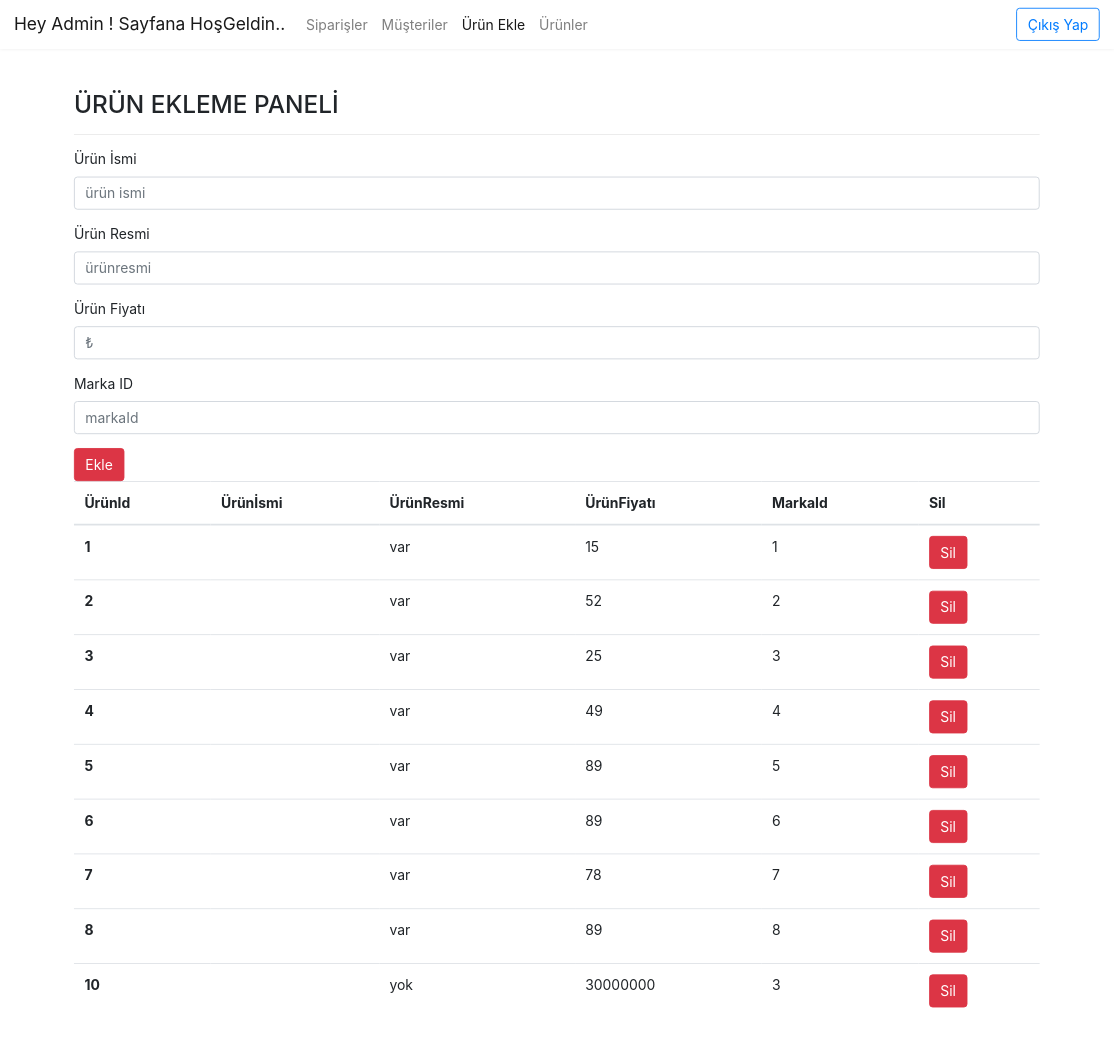
Repository: NergisAktug/E-Commerce-PythonWithFlask-Sqlite3
Page: http://localhost/urunEkle
These files come from the project's save history. The page is drawn as it stood at one moment and after the next save; the edit follows.
The browser window is 1280 px wide. The pictures show the whole page, at 87% of full size.
Some web libraries are served in a nearby version. The page is served by the project's application, run on Flask 3 (app.py). The page reads the database file committed with the project.

Above is the page before, as saved 2018-12-08 17:37:18.

### templates/urunEkle.html
<!doctype html>
<html lang="en">
  <head>
      <!-- Required meta tags -->
    <meta charset="utf-8">
    <meta name="viewport" content="width=device-width, initial-scale=1, shrink-to-fit=no">
    <link rel="stylesheet" href="https://use.fontawesome.com/releases/v5.5.0/css/all.css" integrity="sha384-B4dIYHKNBt8Bc12p+WXckhzcICo0wtJAoU8YZTY5qE0Id1GSseTk6S+L3BlXeVIU" crossorigin="anonymous">
    <!-- Bootstrap CSS -->
    <link rel="stylesheet" href="https://stackpath.bootstrapcdn.com/bootstrap/4.1.3/css/bootstrap.min.css" integrity="sha384-MCw98/SFnGE8fJT3GXwEOngsV7Zt27NXFoaoApmYm81iuXoPkFOJwJ8ERdknLPMO" crossorigin="anonymous">

    <title>Hello, world!</title>
  </head>
  <body>
    <nav class="navbar navbar-expand-lg navbar-light shadow-sm" >
        <a href="/" class="navbar-brand">Hey Admin ! Sayfana HoşGeldin..</a>
        <button class="navbar-toggler" type="button" data-toggle="collapse" data-target="#navbarMenü">
            <span class="navbar-toggler-icon"></span>
        </button>
        <div class="collapse navbar-collapse" id="navbarMenü">
            <ul class="navbar-nav mr-auto">
                <li class="nav-item">
                    <a href="#" class="nav-link" >Siparişler</a>
                 </li>
                 <li class="nav-item">
                        <a href="#" class="nav-link">Müşteriler</a>
                     </li>
                     <li class="nav-item">
                        <a href="#" class="nav-link active">Ürün Ekle</a>
                     </li>
                     <li class="nav-item">
                        <a href="#" class="nav-link">Ürünler</a>
                     </li>
                </ul>
                <ul class="navbar-nav">
                    <li class="nav-item">
                    <a href="/cikis" class="btn btn-outline-primary">Çıkış Yap</a>
                    </li>
                </ul>

        </div>

    </nav>
    <div class="container my-5" style="margin-top:100px;">
        <h3>ÜRÜN EKLEME PANELİ</h3>
        <HR>
        <form action="/urunEklemeYap" method="POST">
            <div class="form-group">
              <label for="formGroupExampleInput">Ürün İsmi</label>
              <input type="text" class="form-control" id="formGroupExampleInput" placeholder="ürün ismi" name="urunismi">
            </div>
            <div class="form-group">
              <label for="formGroupExampleInput2">Ürün Resmi</label>
              <input type="text" class="form-control" id="formGroupExampleInput2" placeholder="ürünresmi" name="urunresmi">
            </div>
            <div class="form-group">
                    <label for="formGroupExampleInput2">Ürün Fiyatı</label>
                    <input type="number" class="form-control" id="formGroupExampleInput2" placeholder="₺" name="fiyati">
                  </div>
            <div class="form-group">
                <label for="formGroupExampleInput2">Marka ID</label>
                <input type="number" class="form-control" id="formGroupExampleInput2" placeholder="markaId" name="markaId" >
            </div>
            <button type="submit" class="btn btn-danger">Ekle</button>
          </form>
          {% if tumVeri==[] %}
          <div class="alert alert-warning" role="alert">Herhangi bir ürün yok...</div>
          {% else %}
          <table class="table">
              <thead>
                  <tr>
                      <th scope="col">ÜrünId</th>
                      <th scope="col">Ürünİsmi</th>
                      <th scope="col">ÜrünResmi </th>
                      <th scope="col">ÜrünFiyatı</th>
                      <th scope="col">MarkaId</th>
                      <th scope="col">Sil</th>
                  </tr>
              </thead>
              <tbody>

                {% for veri in tumVeri  %}
                    <tr>
                        <th scope="row">{{veri.urun_id}}</th>
                        <td>{{veri.kategori_id}}</td>
                        <td>{{veri.urunresmi}}</td>
                        <td>{{veri.urunFiyati}}</td>
                        <td>{{veri.markaId}}</td>
                        <td><a href="#" class="btn btn-danger">Sil</a></td>
                    </tr>
                {% endfor %}


              </tbody>
          </table>

          {% endif %}
  </div>



    <!-- Optional JavaScript -->
    <!-- jQuery first, then Popper.js, then Bootstrap JS -->
    <script src="https://unpkg.com/aos@2.3.1/dist/aos.js"></script>
    <script src="https://code.jquery.com/jquery-3.3.1.slim.min.js" integrity="sha384-q8i/X+965DzO0rT7abK41JStQIAqVgRVzpbzo5smXKp4YfRvH+8abtTE1Pi6jizo" crossorigin="anonymous"></script>
    <script src="https://cdnjs.cloudflare.com/ajax/libs/popper.js/1.14.3/umd/popper.min.js" integrity="sha384-ZMP7rVo3mIykV+2+9J3UJ46jBk0WLaUAdn689aCwoqbBJiSnjAK/l8WvCWPIPm49" crossorigin="anonymous"></script>
    <script src="https://stackpath.bootstrapcdn.com/bootstrap/4.1.3/js/bootstrap.min.js" integrity="sha384-ChfqqxuZUCnJSK3+MXmPNIyE6ZbWh2IMqE241rYiqJxyMiZ6OW/JmZQ5stwEULTy" crossorigin="anonymous"></script>
    <script>
        AOS.init();
      </script>
  </body>
</html>

### app.py
import datetime
from flask import Flask,flash, request, render_template_string, render_template
from flask import Flask, url_for, render_template, request, redirect, session, escape, render_template_string
from flask_babelex import Babel
from flask_sqlalchemy import SQLAlchemy
from flask_user import current_user, login_required, roles_required
from sqlalchemy.sql import table, column, select
from sqlalchemy import MetaData, create_engine
from flask_user import login_required, roles_required, UserManager, UserMixin


class ConfigClass(object):

    SECRET_KEY = 'This is an INSECURE secret!! DO NOT use this in production!!'

    SQLALCHEMY_DATABASE_URI = 'sqlite:///eticaret.sqlite'
    SQLALCHEMY_TRACK_MODIFICATIONS = False

    MAIL_SERVER = 'smtp.gmail.com'
    MAIL_PORT = 465
    MAIL_USE_SSL = True
    MAIL_USE_TLS = False
    MAIL_USERNAME = 'nergis.aktug2014@gmail.com'
    MAIL_PASSWORD = '05383896877'
    MAIL_DEFAULT_SENDER = '"MyApp" <xyz@gmail.com>'

    USER_ENABLE_EMAIL = True
    USER_ENABLE_USERNAME = False
    USER_EMAIL_SENDER_EMAIL = "noreply@example.com"


def create_app():



    app = Flask(__name__)
    app.config.from_object(__name__ + '.ConfigClass')

    db = SQLAlchemy(app)

    class Kullanici(db.Model):
        __tablename__ = 'Kullanici'
        id = db.Column(db.Integer, primary_key=True)
        email = db.Column(db.String(80), unique=True)
        sifre = db.Column(db.String(80))
        rolId = db.Column(db.Integer, db.ForeignKey('rol.rolId', ondelete='CASCADE'))
        active = db.Column('is_active', db.Boolean(), nullable=False, server_default='1')


        def __init__(self, email, sifre):
            self.email = email
            self.sifre = sifre
            self.rolId = 0

    class Roller(db.Model):
        __tablename__ = 'rol'
        rolId = db.Column(db.Integer, primary_key=True)
        rolisim = db.Column(db.String(80))

    class urunler(db.Model):
        __tablename__ = 'urunler'
        urun_id = db.Column(db.Integer, primary_key=True)
        urunismi = db.Column(db.String(80))
        urunresmi = db.Column(db.String(80))
        urunFiyati = db.Column(db.Integer)
        markaId = db.Column(db.Integer(), db.ForeignKey('markalar.markaId', ondelete='CASCADE'))

        def __init__(self, urunismi, urunresmi, urunFiyati,markaId):
            self.urunismi =urunismi
            self.urunresmi = urunresmi
            self.urunFiyati = urunFiyati
            self.markaId=markaId



    class markalar(db.Model):
        __tablename__ = 'markalar'
        markaId = db.Column(db.Integer, primary_key=True)
        markaadi = db.Column(db.String(80))
        marka_modeli = db.Column(db.String(80))

        def __init__(self, markaadi, marka_modeli):
            self.markaadi = markaadi
            self.marka_modeli = marka_modeli

    class musteri(db.Model):
        __tablename__ = 'musteri'
        musteriId = db.Column(db.Integer, primary_key=True)
        musteriadi = db.Column(db.String(80))
        musterisoyadi = db.Column(db.String(80))
        mail = db.Column(db.String(80), unique=True)
        telefon = db.Column(db.Integer)
        sifre = db.Column(db.String(80))
        il = db.Column(db.String(80))
        ilce = db.Column(db.String(80))
        kullaniciId = db.Column(db.Integer(), db.ForeignKey('Kullanici.id', ondelete='CASCADE'))

        def __init__(self, musteriadi, musterisoyadi, mail, telefon, sifre, il, ilce, kullaniciId):
            self.musteriadi = musteriadi
            self.musterisoyadi = musterisoyadi
            self.mail = mail
            self.telefon = telefon
            self.sifre = sifre
            self.il = il
            self.ilce = ilce
            self.kullaniciId = kullaniciId

    class siparis(db.Model):
        __tablename__ = 'siparis'
        siparisId = db.Column(db.Integer, primary_key=True)
        musteriId = db.Column(db.Integer(), db.ForeignKey('musteri.musteriId', ondelete='CASCADE'))
        urunId = db.Column(db.Integer(), db.ForeignKey('urunler.urun_id', ondelete='CASCADE'))
        siparisno = db.Column(db.Integer)
        siparisTarihi = db.Column(db.Integer)
        odemeId = db.Column(db.Integer())

        def __init__(self, musteriId, urunId, siparisno, siparisTarihi, odemeId):
            self.musteriId = musteriId
            self.urunId = urunId
            self.siparisno = siparisno
            self.siparisTarihi = siparisTarihi
            self.odemeId = odemeId

    user_manager = UserManager(app, db, Kullanici)
    db.create_all()




    @app.route('/')
    def anasayfa():
        return render_template('index.html')

    @app.route('/kayit', methods=['GET', 'POST'])
    def kayit():
        if request.method == 'POST':
            mail = request.form['email']
            parola = request.form['sifre']
            yeniKullanici = Kullanici(email=mail, sifre=parola)
            db.session.add(yeniKullanici)
            db.session.commit()
            if yeniKullanici is not None:
                mesaj = "Kayıt Başarıyla Sağlanmıştır."
                return render_template("index.html", mesaj=mesaj)
        else:
            return render_template('kayit.html')
    @app.route('/admin')
    def admin():
        return render_template("admin.html")

    @app.route('/uye', methods=['GET', 'POST'])
    def uye():
        return render_template("uyeGirisi.html")

    @app.route('/giris', methods=['GET', 'POST'])
    def giris():
        hata=None
        if request.method=='POST':
            if request.form['email']!='admin@example.com' or request.form['sifre']!='admin':
                if Kullanici.query.filter_by(email=request.form['email'],sifre=request.form['sifre']) is not None:
                    session['uye_giris']=True
                    return redirect(url_for('anasayfa'))
                else:
                    hata='hatalı giris yaptınız'

            else:
                flash('giriş başarılı')
                session['admin_giris']=True
                return redirect(url_for('admin'))
        return render_template('uyeGiris.html',hata=hata)
    @app.route('/cikis')
    def cikis():

        session.pop('admin_giris',None)
        session.pop('uye_giris',None)
        return render_template("index.html")
    @app.route('/urunEkle')
    def urunEkle():
        tumVeri=urunler.query.all()
        return render_template("urunEkle.html",tumVeri=tumVeri)
    @app.route('/urunEklemeYap',methods=['POST'])
    def urunEklemeYap():
        urunismi=request.form['urunismi']
        urunResmi=request.form['urunresmi']
        urunFiyati=request.form['fiyati']
        markaId=request.form['markaId']
        yeniUrun=urunler(urunismi=urunismi,urunresmi=urunResmi,urunFiyati=urunFiyati,markaId=markaId)
        db.session.add(yeniUrun)
        db.session.commit()
        return redirect(url_for("urunEkle"))

    return app
if __name__ == '__main__':
    app=create_app()


    app.run(host='127.0.0.1', port=5000, debug=True)

### eticaret.sqlite (the tables this page reads, as SQL)
CREATE TABLE "urunler" (
	`urun_id`	INTEGER NOT NULL,
	`urunismi`	VARCHAR ( 80 ),
	`urunresmi`	VARCHAR ( 256 ),
	`urunstok`	INTEGER,
	`urunFiyati`	INTEGER,
	`markaId`	INTEGER,
	`popular`	TEXT,
	PRIMARY KEY(`urun_id`),
	FOREIGN KEY(`markaId`) REFERENCES `markalar`(`markaId`) ON DELETE CASCADE
);
INSERT INTO "urunler" VALUES
(1, 'telefon', 'var', 50, 15, 1, '1'),
(2, 'telefon', 'var', 10, 52, 2, '0'),
(3, 'telefon', 'var', 26, 25, 3, '0'),
(4, 'telefon', 'var', 78, 49, 4, '0'),
(5, 'telefon', 'var', 52, 89, 5, '3'),
(6, 'telefon', 'var', 12, 89, 6, '2'),
(7, 'telefon', 'var', 16, 78, 7, '7'),
(8, 'telefon', 'var', 45, 89, 8, '0'),
(10, 'bilgisayar', 'yok', 1, 30000000, 3, NULL);

After the next save:
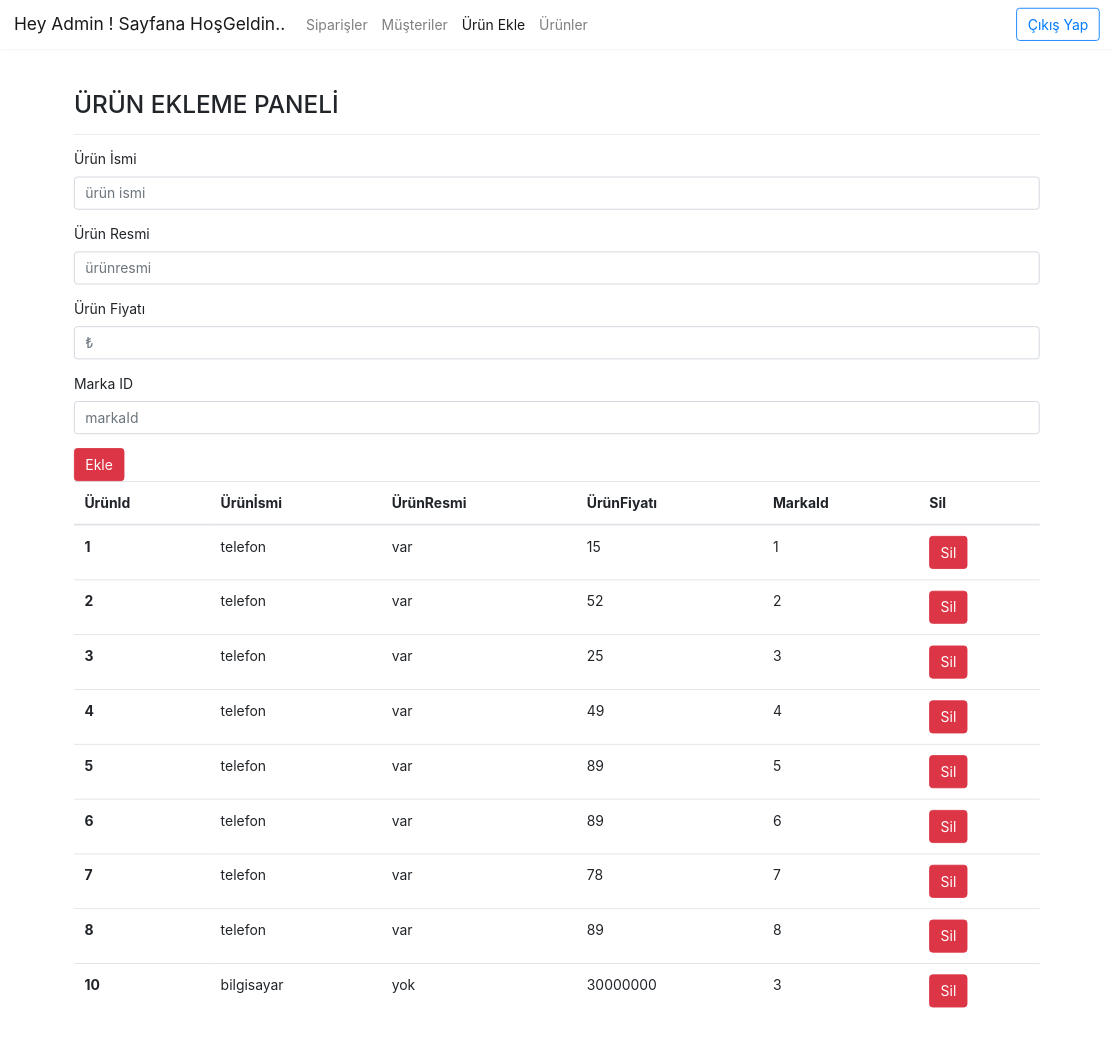
Saved 17 s later.
--- a/templates/urunEkle.html
+++ b/templates/urunEkle.html
@@ -81,7 +81,7 @@
                 {% for veri in tumVeri  %}
                     <tr>
                         <th scope="row">{{veri.urun_id}}</th>
-                        <td>{{veri.kategori_id}}</td>
+                        <td>{{veri.urunismi}}</td>
                         <td>{{veri.urunresmi}}</td>
                         <td>{{veri.urunFiyati}}</td>
                         <td>{{veri.markaId}}</td>
